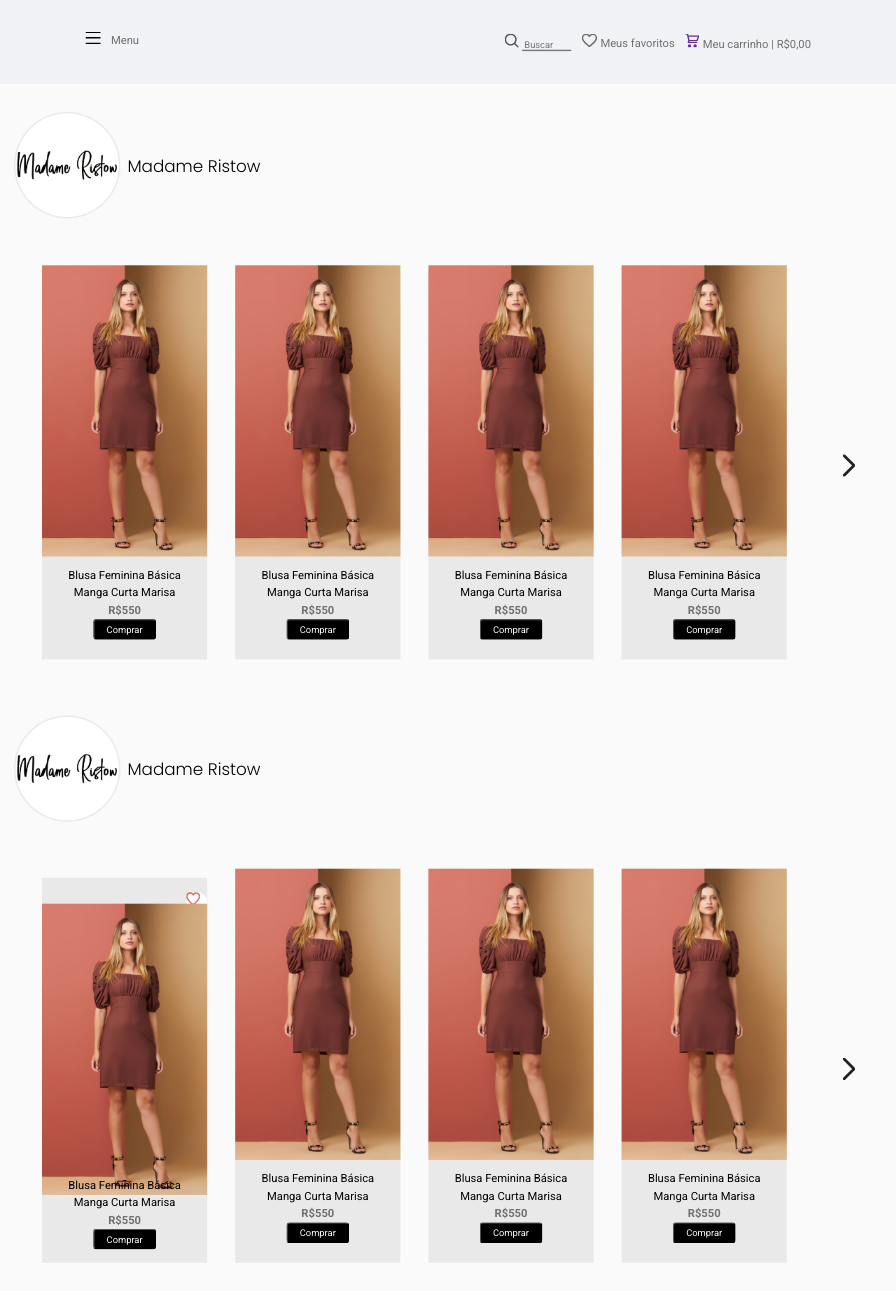
Repository: gutobarbosa/FrontEndLojaVirtual
Page: /
These files come from the project's save history. The page is drawn as it stood at one moment and after the next save; the edit follows.
The browser window is 1280 px wide. The pictures show the whole page, at 70% of full size.
The project was rebuilt for these pictures with package versions that can differ from the ones it lists, and the page was loaded fresh each time. Also part of the build but not shown: src/pages/Repository/styles.ts, src/services/api.ts, src/pages/Repository/index.tsx.

Above is the page before, as saved 2020-11-22 00:06:31.

### public/index.html
<!DOCTYPE html>
<html lang="en">
  <head>
    <meta charset="utf-8" />
    <meta name="viewport" content="width=device-width, initial-scale=1" />
    <meta name="theme-color" content="#000000" />

    <title></title>
    <link href="https://fonts.googleapis.com/css2?family=Roboto:wght@400;700&display=swap" rel="stylesheet">
    <link rel="preconnect" href="https://fonts.gstatic.com">
    <link rel="preconnect" href="https://fonts.gstatic.com">
<link href="https://fonts.googleapis.com/css2?family=Poppins:ital,wght@0,300;0,400;1,200&display=swap" rel="stylesheet">
</head>
  <body>
    <noscript>You need to enable JavaScript to run this app.</noscript>
    <div id="root"></div>

  </body>
</html>

### src/App.tsx
import React from 'react';
import { BrowserRouter as Router } from 'react-router-dom';

import Routes from './routes';

import GlobalStyle from '../src/styles/global';

const App: React.FC = () => (
  <>
    <GlobalStyle />
    <Router>
      <Routes />
    </Router>
  </>
);

export default App;

### src/routes/index.tsx
import React from 'react';
import {Switch, Route} from 'react-router-dom';

import Dashboard from '../pages/Dashboard';
import Repository from '../pages/Repository';

// rota da url, nesse caso a nossa rota atual é a raiz então vai apenas a / e o componente é que sera acessado através desse endereço url
const Routes: React.FC = () =>{
    return (
        <Switch>
            <Route path="/" exact component={Dashboard} />
            <Route path="/repositories/:repository+" component={Repository} />
        </Switch>
    );
}

export default Routes;

### src/styles/global.ts
import { createGlobalStyle } from 'styled-components';

export default createGlobalStyle`
  * {
    margin: 0;
    padding: 0;
    outline: 0;
    box-sizing: border-box;
  }

  body {
    background: #FAFAFA ;
    -webkit-font-smoothing: antialiased

  }

  body, input, button {
    font-family: 'Roboto', sans-serif;
    max-width: 1500vw;
  }

  button {
    cursor: pointer;
  }
`;

### src/pages/Dashboard/index.tsx
/* eslint-disable no-undef */

import React from "react";
import { Container, ContainerProducts } from "./styles";
import lefticon from '../../assets/avatar 152 x 152px.png';
import productimage from '../../assets/image-product.png';
import arrownext from '../../assets/arrowNext.svg';
import iconheart from '../../assets/iconHeart.svg';

import Header from '../../components/Header';

//import { Container, CardContainer, Card, TableContainer } from './styles';

const Dashboard: React.FC = () => {

  return (
    <>
    <Header/>
    <Container>
    <img src={lefticon} alt="Hamburguer" />
    <h3>Madame Ristow</h3>
    </Container>
    <ContainerProducts>
        <div className="productBox">
            <div className="productImage">
            <img src={productimage} alt="Product" />
            </div>
            <div className="productinformation">
            <p>Blusa Feminina Básica Manga Curta Marisa<br/></p>
                <p className ="bold">R$550 <br/></p>
                <div className="buttonBuy">
                    <button>Comprar</button>
                </div>
            </div>
        </div>
        <div className="productBox">
            <div className="productImage">
            <img src={productimage} alt="Product" />
            </div>
            <div className="productinformation">
            <p>Blusa Feminina Básica Manga Curta Marisa<br/></p>
                <p className ="bold">R$550 <br/></p>
                <div className="buttonBuy">
                    <button>Comprar</button>
                </div>
            </div>
        </div>
        <div className="productBox">
            <div className="productImage">
            <img src={productimage} alt="Product" />
            </div>
            <div className="productinformation">
            <p>Blusa Feminina Básica Manga Curta Marisa<br/></p>
                <p className ="bold">R$550 <br/></p>
                <div className="buttonBuy">
                    <button>Comprar</button>
                </div>
            </div>
        </div>
        <div className="productBox">
            <div className="productImage">
            <div>
            <img src={productimage} alt="Product" />
            </div>

            </div>
            <div className="productinformation">
                <p>Blusa Feminina Básica Manga Curta Marisa<br/></p>
                <p className ="bold">R$550 <br/></p>
                <div className="buttonBuy">
                    <button>Comprar</button>
                </div>
            </div>
        </div>
        <div className="arrowNext">
            <img src={arrownext} alt="arrownext" />
        </div>
    </ContainerProducts>

    <Container>
    <img src={lefticon} alt="Hamburguer" />
    <h3>Madame Ristow</h3>
    </Container>
    <ContainerProducts>
        <div className="containerBox">
            <div className="heart">
             <img src={iconheart} alt="Product" />
            </div>
        <div className="productBox">
            <div className="productImage">
            <img src={productimage} alt="Product" />
            </div>
            <div className="productinformation">
            <p>Blusa Feminina Básica Manga Curta Marisa<br/></p>
                <p className ="bold">R$550 <br/></p>
                <div className="buttonBuy">
                    <button>Comprar</button>
                </div>
            </div>
        </div>
        </div>
        <div className="productBox">
            <div className="productImage">
            <img src={productimage} alt="Product" />
            </div>
            <div className="productinformation">
            <p>Blusa Feminina Básica Manga Curta Marisa<br/></p>
                <p className ="bold">R$550 <br/></p>
                <div className="buttonBuy">
                    <button>Comprar</button>
                </div>
            </div>
        </div>
        <div className="productBox">
            <div className="productImage">
            <img src={productimage} alt="Product" />
            </div>
            <div className="productinformation">
            <p>Blusa Feminina Básica Manga Curta Marisa<br/></p>
                <p className ="bold">R$550 <br/></p>
                <div className="buttonBuy">
                    <button>Comprar</button>
                </div>
            </div>
        </div>
        <div className="productBox">
            <div className="productImage">
            <div>
            <img src={productimage} alt="Product" />
            </div>

            </div>
            <div className="productinformation">
                <p>Blusa Feminina Básica Manga Curta Marisa<br/></p>
                <p className ="bold">R$550 <br/></p>
                <div className="buttonBuy">
                    <button>Comprar</button>
                </div>
            </div>
        </div>
        <div className="arrowNext">
            <img src={arrownext} alt="arrownext" />
        </div>
    </ContainerProducts>
    </>
  );
};

export default Dashboard;

### src/pages/Dashboard/styles.ts
import styled from 'styled-components';
/*
interface CardProps {
  total?: boolean;
}*/

export const Container = styled.div`
  width: 100%;
  max-width: 1600px;
  margin: 0 auto;
  padding: 40px 20px;
  display: flex;
  align-items: center;


    img {
        justify-content: flex-start;
    }

    h3 {
        color: black;
        margin-left: 10px;
        font-family: 'Poppins', sans-serif;
        font-size: 24px;
        font-weight: 300;
    }
`;
export const ContainerProducts = styled.div`
width: 100%;
max-width: 1600px;
margin: 0 auto;
padding: 40px 20px;
display: flex;
align-items: center;

    .heart {
        width: 30px;
        height: 30px;
        background-color: white;
        border-radius: 15px;
        float: right;
        margin-top: 20px;
        align-items: center;

    }
    .heart img {
        align-items: center;
        width: 20px;
        height: 20px;
        margin: 0 auto;

    }
    .productBox {
        width: 236px;
        height: 550px;
        margin-left: 40px;
        background: #E9E9E9;
    }
    .productinformation {
        max-width: 250px;
        max-height: 150px;
    }
    .productImage{
        max-width: 236px;
        max-height: 416px;
    }
    .productImage img {
        width: 100%;
        height: 416px;
        margin-top: -13px;
    }

    .arrowNext {
        margin-left: 80px;
    }
    .productinformation{
        width: 200px;
        size: 20px;
        justify-content: center;
        margin: 0 auto;
        margin-top: 10px;
    }
    .productinformation p{
        text-align: center;
        line-height: 25px;
    }
    .buttonBuy {
        width: 100%;
        margin: 0 auto;
        text-align: center;
    }
    .productinformation button{
        background: black;
        color: white;
        width: 90px;
        height: 30px;
        border-radius: 5px;
        cursor: pointer;
    }

    .bold{
        color: #707070;
        font-weight: bold;
    }


`;

### src/components/Header/index.tsx
import React from 'react';

//import { Link } from 'react-router-dom';
import hamburguerBars from '../../assets/hamburguer.svg';
import searchicon from '../../assets/searchIcon.svg';
import favoriteicon from '../../assets/favoriteIcon.svg';
import mycaricon from '../../assets/mycarIcon.svg'
import { Container, ContainerHeader, ContentLeft, ContentRight } from '../Header/styles';




const Header: React.FC = () => (
  <Container>
    <ContainerHeader>
    <header>
      <ContentLeft>
        <div className="menuTotal">
          <img src={hamburguerBars} alt="Hamburguer" />
          <span className="menu">Menu</span>
        </div>
      </ContentLeft>
      <ContentRight>
        <div className="searchTotal">
          <img src={searchicon} alt="Hamburguer" />
          <input placeholder=" Buscar" type="text"/>
        </div>
        <div className="favoritesTotal">
          <img src={favoriteicon} alt="Favorite" />
          <span>Meus favoritos</span>
        </div>
        <div className="MycarTotal">
          <img src={mycaricon} alt="Mycar" />
          <span>Meu carrinho | R$0,00</span>
        </div>
      </ContentRight>
    </header>
    </ContainerHeader>
  </Container>
);

export default Header;

### src/components/Header/styles.ts
import styled from 'styled-components';
/*
interface ContainerProps {
  size?: 'small' | 'large';
}*/

export const Container = styled.div`
  background: #F0F2F5;
  padding: 30px;
  width: 100%;

  header {
    height: 60px;
    margin: 0 auto;
    display: flex;
    align-items: center;
    justify-content: space-between;
  }

  span {
    color: #707070;
    text-align: left;
    opacity: 1;
    margin-left: 25px;
    cursor: pointer;
  }
  .menu{
    margin-left: 10px;

  }
  input {
    border-left: 0px solid black;
    border-right: 0px solid black;
    border-top: 0px solid black;
    width: 70px;
    background: #F0F2F5;
  }

   img {
    margin-right: 5px;
   }

   .menuTotal{
     width:100px;
     height:30px;
     cursor:pointer;
   }

   .menuTotal:hover{
    opacity: 0.5;
  }
`;

export const ContainerHeader = styled.div`
width: 85%;
margin: 0 auto;
`;


export const ContentLeft = styled.div`

`;

export const ContentRight = styled.div`
  display: flex;
  margin-left: 20px;
  .favoritesTotal img {
        margin-right: -20px;
        margin-left: 15px
    }

    .favoritesTotal:hover{
        cursor:pointer;
        opacity: 0.7;
    }

    .MycarTotal img {
        margin-right: -20px;
        margin-left: 15px
    }

    .MycarTotal:hover{
        cursor:pointer;
        opacity: 0.7;
    }


`;

Loaded but not shown: src/index.tsx (common file)

After the next save:
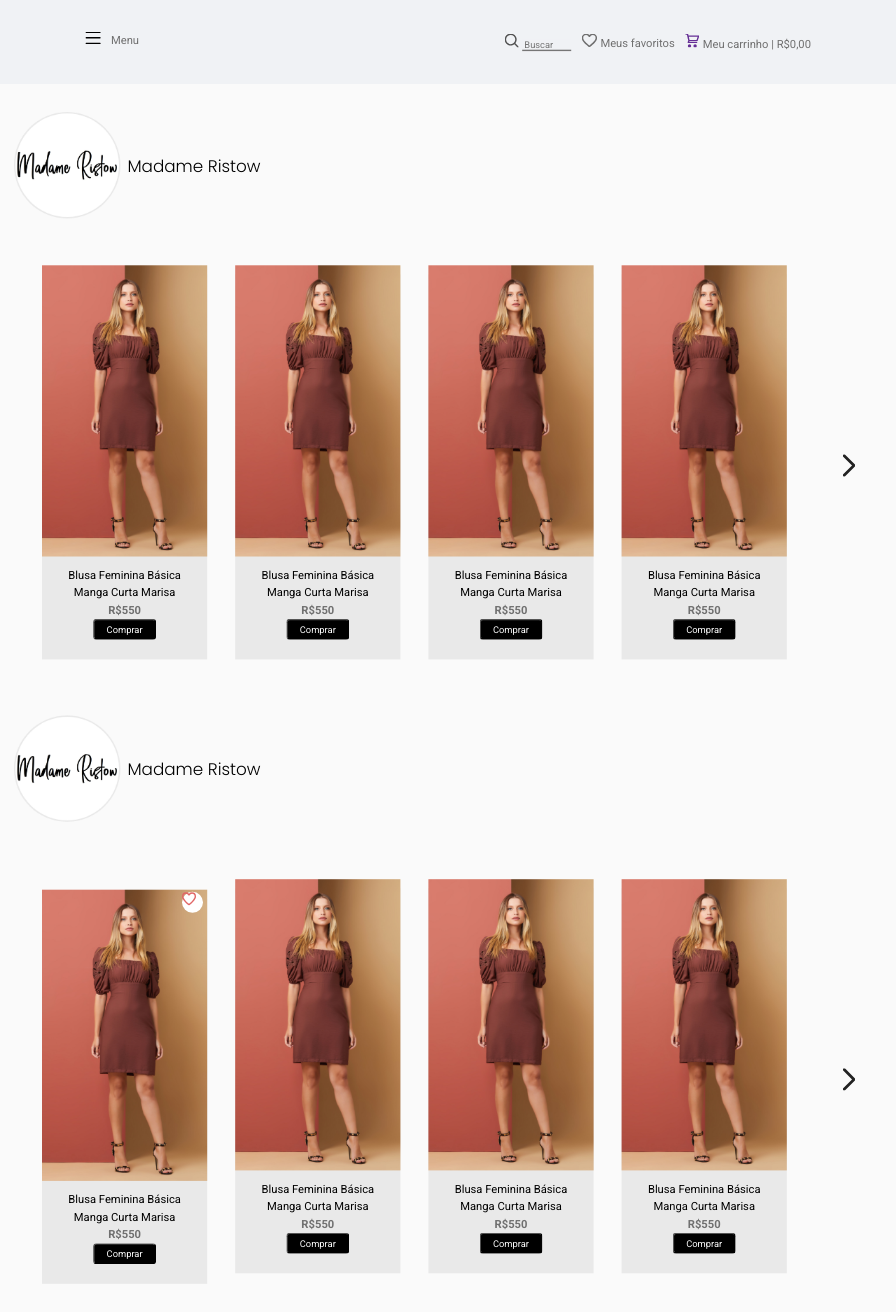
Saved 9 s later.
--- a/src/pages/Dashboard/styles.ts
+++ b/src/pages/Dashboard/styles.ts
@@ -38,8 +38,9 @@ align-items: center;
         height: 30px;
         background-color: white;
         border-radius: 15px;
-        float: right;
-        margin-top: 20px;
+        position: relative;
+        right: -240px;
+        top: 20px;
         align-items: center;
 
     }
